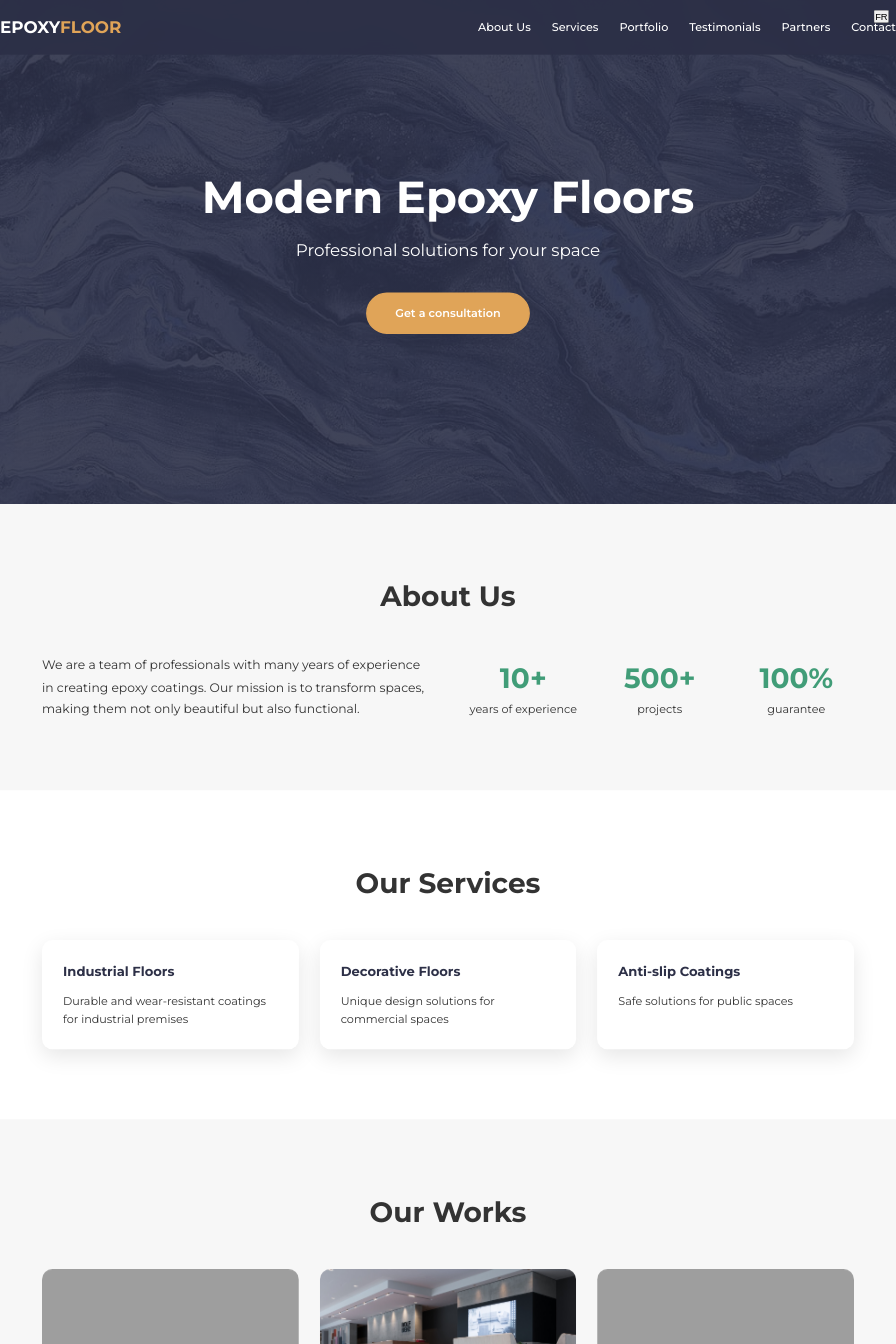
Repository: kerni-ca/kerni-ca
Page: index.html
An editor plug-in stored every save of this project. The page is shown before and after the next save, followed by the edit.
The browser window is 1280 px wide. The pictures show the part of the page from y = 0 to 1920 px (the page is 4210 px tall), at 70% of full size.
Pictures or frames that could not be fetched are drawn as grey boxes. Backgrounds fixed to the window are drawn as part of the page.

Above is the page before, as saved 2025-07-04 13:06:17.

After the next save:
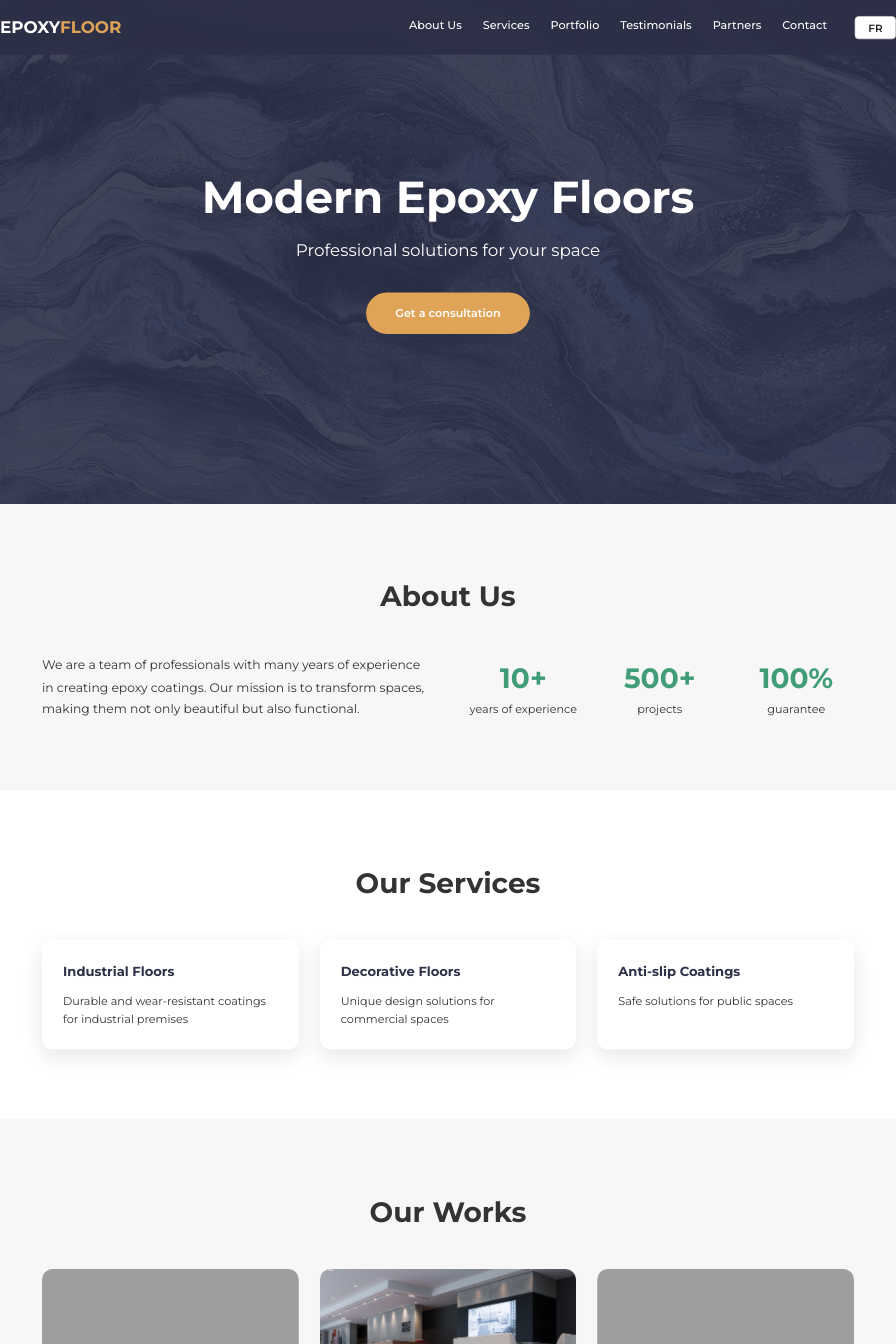
Saved 60 s later.
--- a/index.html
+++ b/index.html
@@ -44,6 +44,7 @@
                 <li><a href="#testimonials" data-i18n="nav_testimonials">Отзывы</a></li>
                 <li><a href="#partners" data-i18n="nav_partners">Партнеры</a></li>
                 <li><a href="#contact" data-i18n="nav_contact">Контакты</a></li>
+                <li><button id="lang-switch" class="lang-btn"></button></li>
             </ul>
         </nav>
         <div class="hero">
@@ -58,12 +59,12 @@
       function renderLangSwitch() {
         const lang = localStorage.getItem('lang') || 'en';
         const nextLang = lang === 'en' ? 'fr' : 'en';
-        const btn = document.createElement('button');
-        btn.textContent = nextLang.toUpperCase();
-        btn.onclick = function() { setLang(nextLang); };
-        const container = document.getElementById('lang-switch');
-        container.innerHTML = '';
-        container.appendChild(btn);
+        const btn = document.getElementById('lang-switch');
+        if (btn) {
+          btn.textContent = nextLang.toUpperCase();
+          btn.onclick = function() { setLang(nextLang); };
+          btn.title = lang === 'en' ? 'Passer en français' : 'Switch to English';
+        }
       }
       window.addEventListener('DOMContentLoaded', renderLangSwitch);
     </script>
@@ -248,5 +249,27 @@
             </div>
         </div>
     </footer>
+
+    <style>
+      .lang-btn {
+        background: #fff;
+        color: #222;
+        border: 1px solid #ddd;
+        border-radius: 6px;
+        padding: 6px 18px;
+        font-family: inherit;
+        font-size: 15px;
+        font-weight: 600;
+        margin-left: 10px;
+        cursor: pointer;
+        transition: background 0.2s, color 0.2s, border 0.2s;
+        box-shadow: 0 1px 4px rgba(0,0,0,0.04);
+      }
+      .lang-btn:hover {
+        background: #222;
+        color: #fff;
+        border: 1px solid #222;
+      }
+    </style>
 </body>
 </html>
